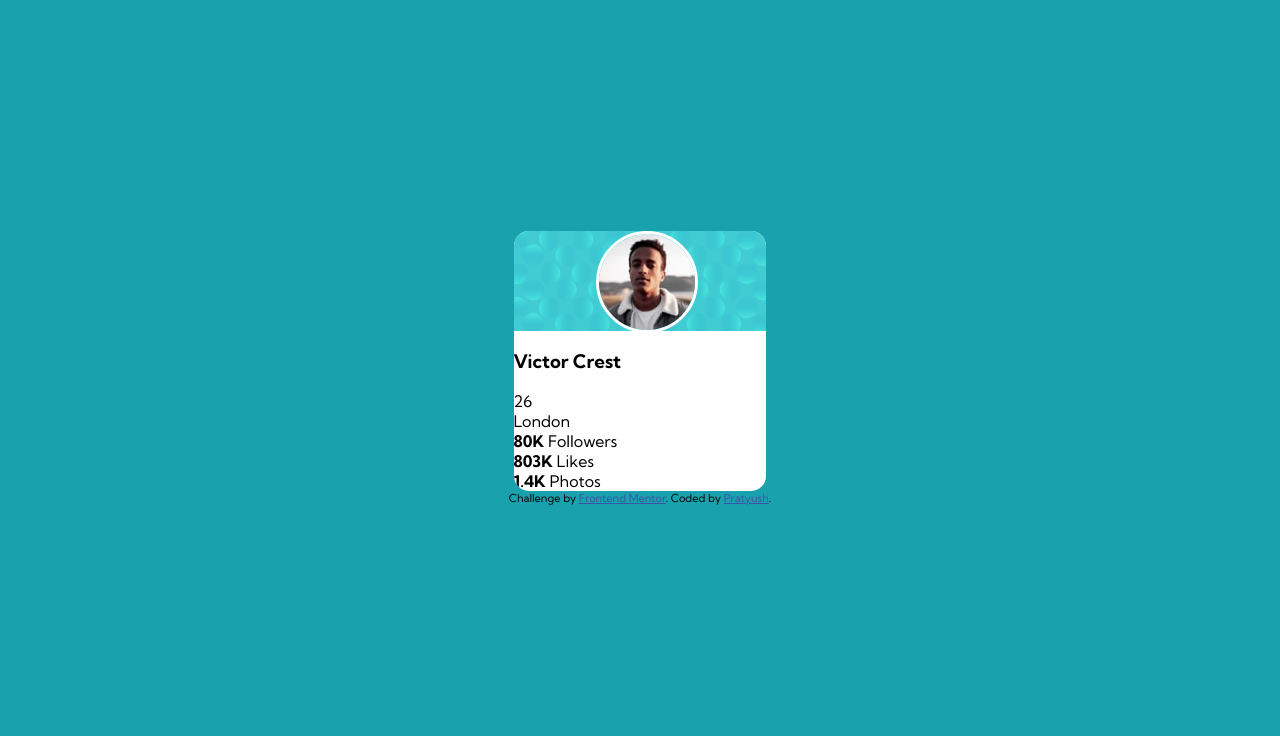
Repository: PratypartyY2K/frontendmentor-challenges
Page: profile-card-component-main/index.html
An editor plug-in stored every save of this project. The page is shown before and after the next save, followed by the edit.
The browser window is 1280 px wide. The pictures show the whole page.

Above is the page before, as saved 2021-07-15 13:16:38.

After the next save:
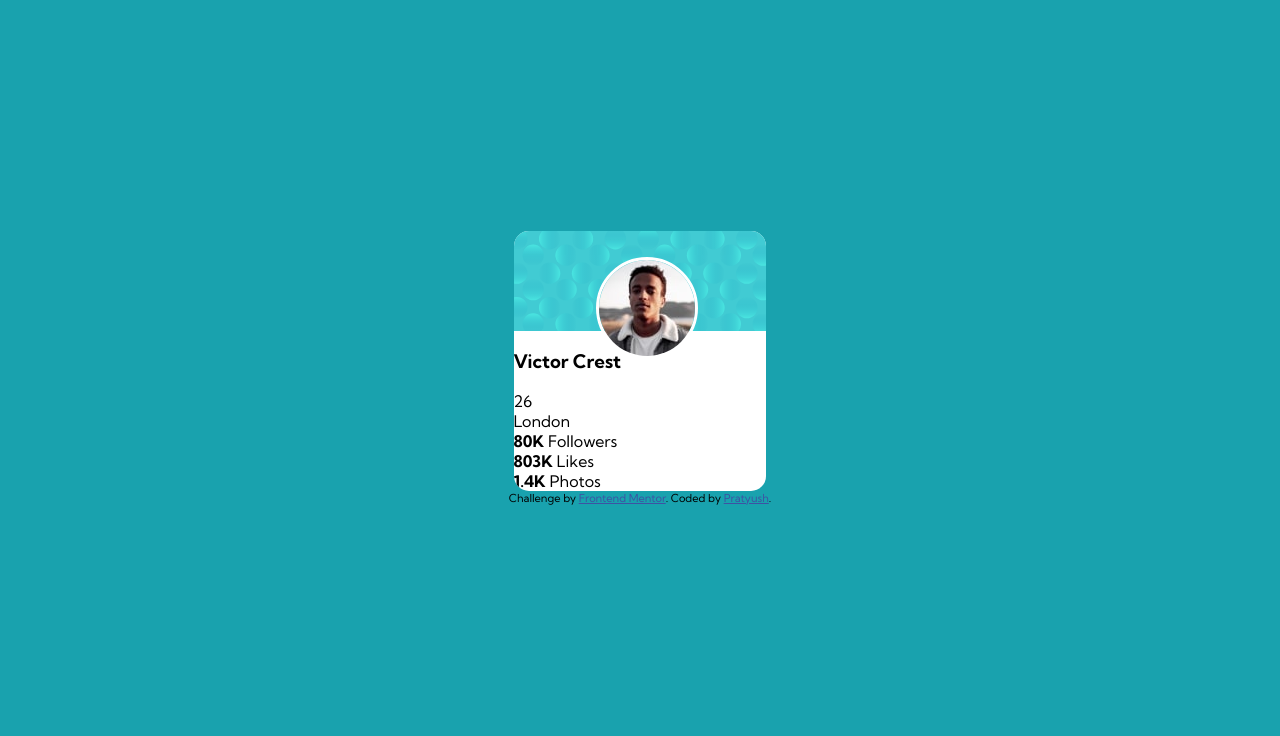
Saved 12 s later.
--- a/profile-card-component-main/style.css
+++ b/profile-card-component-main/style.css
@@ -41,7 +41,7 @@ body {
     border-radius: 50%;
     border: 3px solid white;
     left: 32.5%;
-    right: 50%;
+    top: 10%;
 }
 
 
